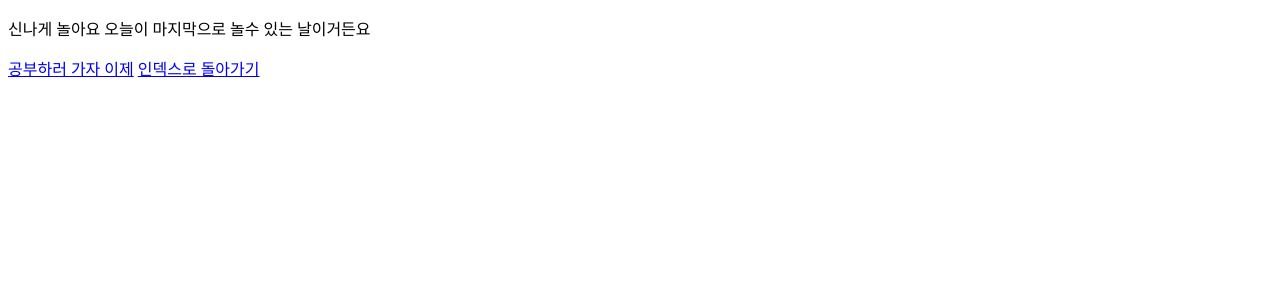
Repository: silverstone2/Spring
Page: http://localhost/Hello/play
These files come from the project's save history. The page is drawn as it stood at one moment and after the next save; the edit follows.
The browser window is 1280 px wide. The pictures show the whole page.
The page is served by Tomcat 9. Other server files are loaded and not shown.

Above is the page before, as saved 2022-08-29 08:46:34.

### Hello/src/main/webapp/WEB-INF/views/play.jsp
<%@ page language="java" contentType="text/html; charset=UTF-8"
    pageEncoding="UTF-8"%>
<!DOCTYPE html>
<html>
<head>
<meta charset="UTF-8">
<title>Insert title here</title>
</head>
<body>
<div class="container">
	<p>신나게 놀아요 오늘이 마지막으로 놀수 있는 날이거든요</p>
	<a href="${pageContext.request.contextPath }/study">공부하러 가자 이제</a>
	<a href="${pageContext.request.contextPath }/">인덱스로 돌아가기</a>
</div>
</body>
</html>

After the next save:
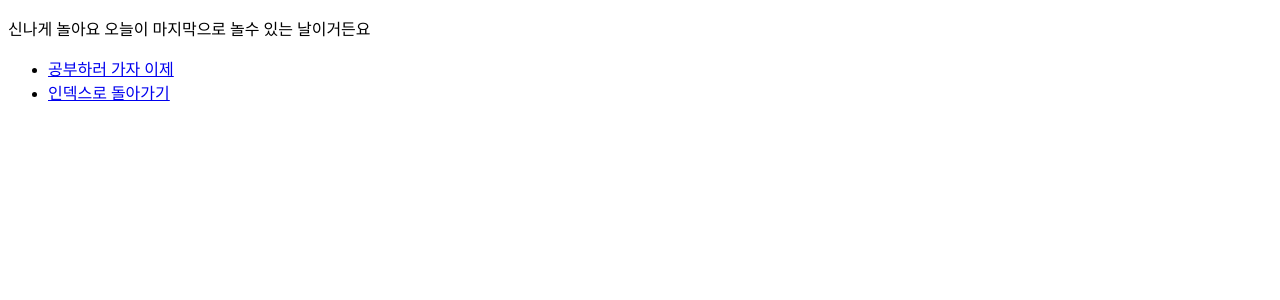
Saved 87 s later.
--- a/Hello/src/main/webapp/WEB-INF/views/play.jsp
+++ b/Hello/src/main/webapp/WEB-INF/views/play.jsp
@@ -9,8 +9,10 @@
 <body>
 <div class="container">
 	<p>신나게 놀아요 오늘이 마지막으로 놀수 있는 날이거든요</p>
-	<a href="${pageContext.request.contextPath }/study">공부하러 가자 이제</a>
-	<a href="${pageContext.request.contextPath }/">인덱스로 돌아가기</a>
+	<ul>
+		<li><a href="${pageContext.request.contextPath }/study">공부하러 가자 이제</a></li>
+		<li><a href="${pageContext.request.contextPath }/">인덱스로 돌아가기</a></li>
+	</ul>
 </div>
 </body>
 </html>
